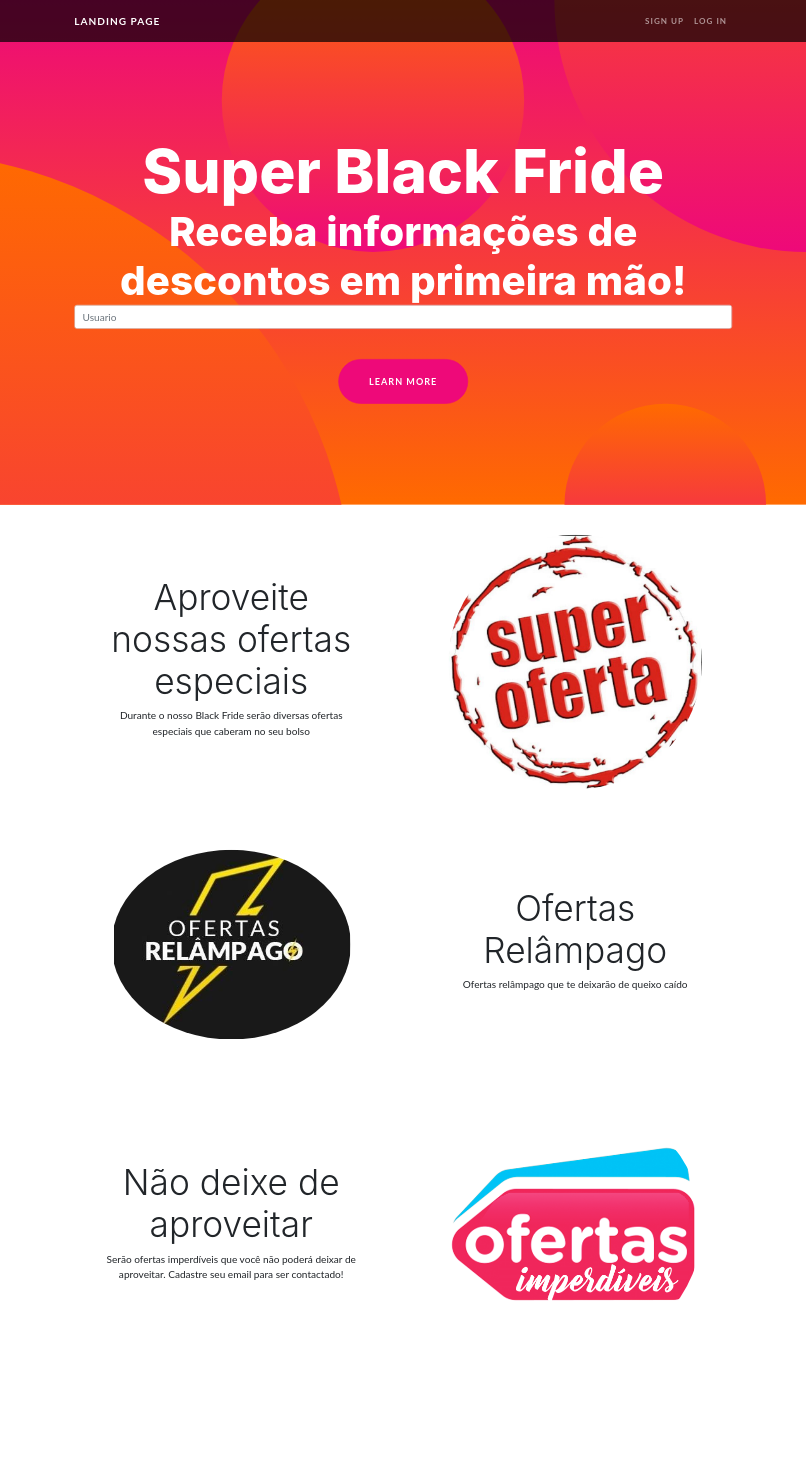
Repository: jrfalcao/landing-page
Page: /
These files come from the project's save history. The page is drawn as it stood at one moment and after the next save; the edit follows.
The browser window is 1280 px wide. The pictures show the whole page, at 63% of full size.
The project was rebuilt for these pictures with package versions that can differ from the ones it lists, and the page was loaded fresh each time.

Above is the page before, as saved 2021-07-18 22:11:12.

### src/App.js
import NavBar from './Components/NavBar';
import Header from './Components/Header';
import Promotion from './Components/Promotion';
import Footer from './Components/Footer';

import './assets/css/App.css';
import Image01 from './assets/img/super_oferta.jpg'
import Image02 from './assets/img/oferta_relampago.jpg'
import Image03 from './assets/img/ofertas_imperdiveis.png'


function App() {
  return (
    <div className="App">
      <NavBar />
      <Header />
      <Promotion
        imageDir={true}
        imgUrl={Image01}
        promoTitle="Aproveite nossas ofertas especiais"
        description="Durante o nosso Black Fride serão diversas ofertas especiais que caberam no seu bolso"
      />
      <Promotion
        imageDir={false}
        imgUrl={Image02}
        promoTitle="Ofertas Relâmpago"
        description="Ofertas relâmpago que te deixarão de queixo caído"
      />
      <Promotion
        imageDir={true}
        imgUrl={Image03}
        promoTitle="Não deixe de aproveitar"
        description="Serão ofertas imperdíveis que você não poderá deixar de aproveitar. Cadastre seu email para ser contactado!"
      />

      <Footer />
    </div>
  );
}

export default App;

### src/Components/NavBar.js
export default function NavBar() {
	return (
		<nav className="navbar navbar-expand-lg navbar-dark navbar-custom fixed-top">
			<div className="container px-5">
				<a className="navbar-brand" href="#page-top">Landing Page</a>
				<button className="navbar-toggler" type="button" data-bs-toggle="collapse" data-bs-target="#navbarResponsive" aria-controls="navbarResponsive" aria-expanded="false" aria-label="Toggle navigation"><span className="navbar-toggler-icon"></span></button>
				<div className="collapse navbar-collapse" id="navbarResponsive">
					<ul className="navbar-nav ms-auto">
						<li className="nav-item"><a className="nav-link" href="#!">Sign Up</a></li>
						<li className="nav-item"><a className="nav-link" href="#!">Log In</a></li>
					</ul>
				</div>
			</div>
		</nav>
	);
}

### src/Components/Header.js
import React, {useState} from 'react';

export default function Header() {
	const [ email, setEmail ] = useState('');

	return (
		<header className="masthead text-center text-white">
			<div className="masthead-content">
				<div className="container px-5">
					<h1 className="masthead-heading mb-0">Super Black Fride</h1>
					<h3 className="masthead-subheading mb-0">Receba informações de descontos em primeira mão!</h3>
					<input className="form-control" value={email} placeholder="Usuario" onChange={ e => setEmail(e.target.value)} />
					<a className="btn btn-primary btn-xl rounded-pill mt-5" href="#scroll">Learn More</a>
				</div>
			</div>
			<div className="bg-circle-1 bg-circle"></div>
			<div className="bg-circle-2 bg-circle"></div>
			<div className="bg-circle-3 bg-circle"></div>
			<div className="bg-circle-4 bg-circle"></div>
		</header>
	);
}

### src/Components/Promotion.js
import React from 'react';

export default function Promotion(props) {
	return (
		<section id="scroll">
			<div className="container px-5">
				<div className="row gx-5 align-items-center">
					<div className={props.imageDir ? "col-lg-6 order-lg-2" : 'col-lg-6'}>
						<div className="p-5"><img className="img-fluid rounded-circle" src={props.imgUrl} alt={props.promoTitle} /></div>
					</div>
					<div className={props.imageDir ? "col-lg-6 order-lg-1" : 'col-lg-6'}>
						<div className="p-5">
							<h2 className="display-4">{props.promoTitle}</h2>
							<p>{props.description}</p>
						</div>
					</div>
				</div>
			</div>
		</section>
	);
}

### src/Components/Footer.js
import React from 'react';

export default function Footer() {

	return (
		<footer className="py-5 bg-black">
			<div className="container px-5"><p className="m-0 text-center text-white small">&copy; Copyright | 2021</p></div>
		</footer>
	);
}

Loaded but not shown: public/index.html (common file); src/index.js (common file); src/index.css (library); src/reportWebVitals.js (common file); src/assets/css/App.css (common file)

After the next save:
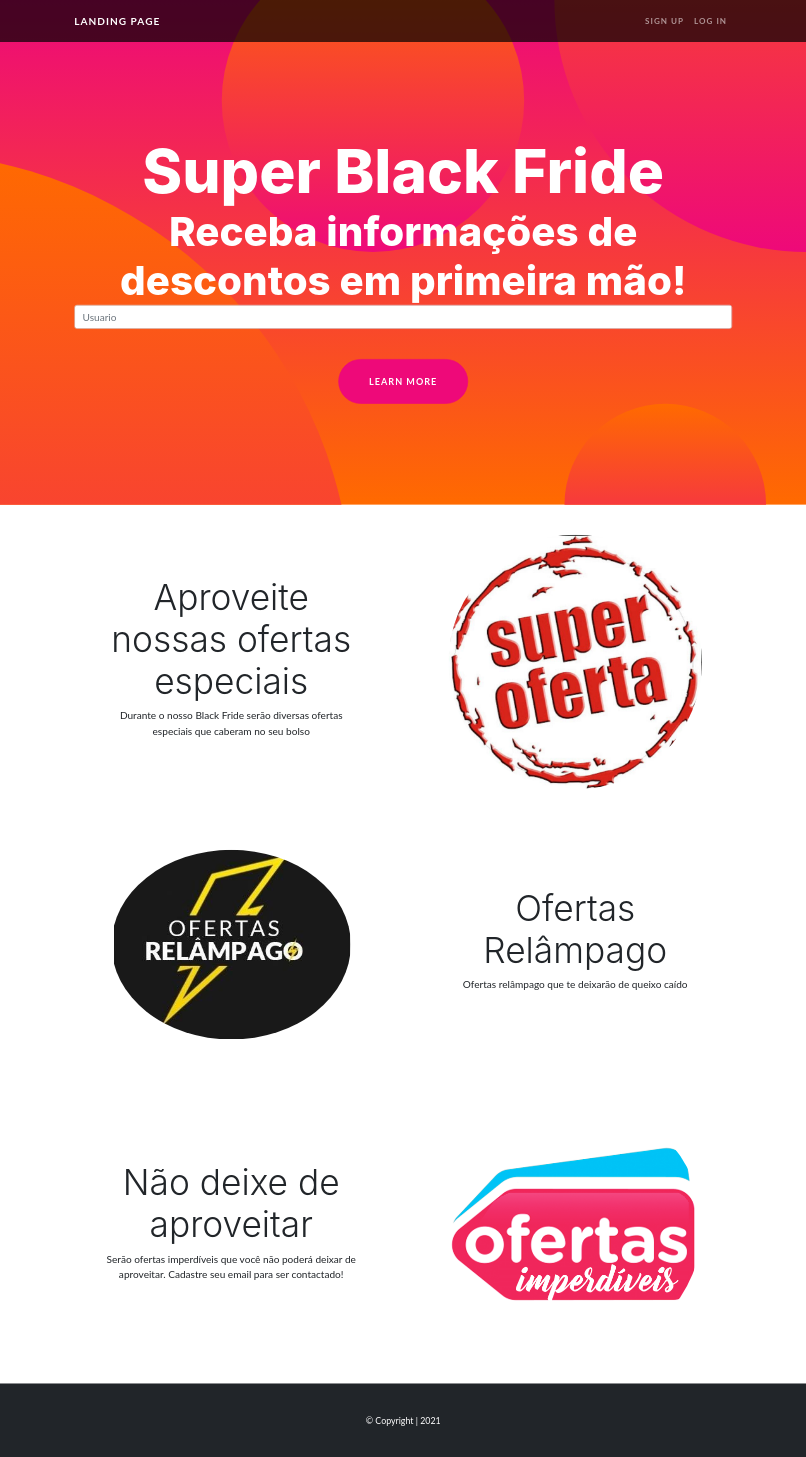
Saved 3 min 57 s later.
--- a/src/Components/Footer.js
+++ b/src/Components/Footer.js
@@ -3,7 +3,7 @@ import React from 'react';
 export default function Footer() {
 
 	return (
-		<footer className="py-5 bg-black">
+		<footer className="py-5 bg-dark">
 			<div className="container px-5"><p className="m-0 text-center text-white small">&copy; Copyright | 2021</p></div>
 		</footer>
 	);
